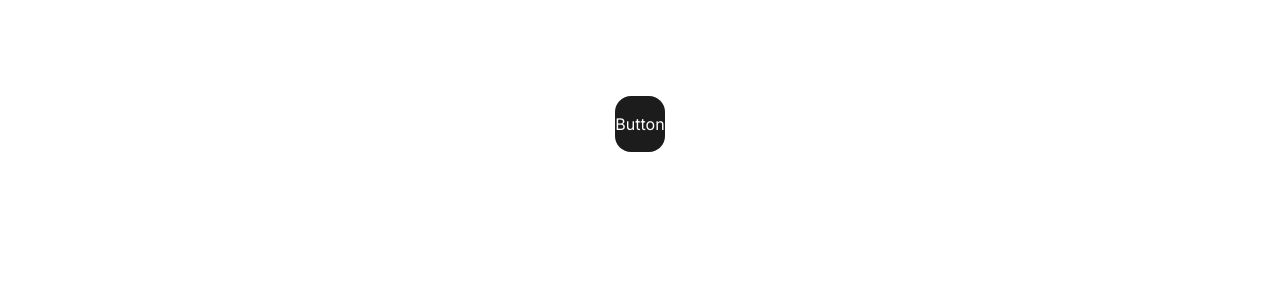
Repository: ggonzaga29/polarized-dashboard
Page: /
The author's editor kept a copy of each file at every save. The page is drawn from the files as they stood at one save, then again after the next save.
The browser window is 1280 px wide. The pictures show the whole page.
The project was rebuilt for these pictures with package versions that can differ from the ones it lists, and the page was loaded fresh each time. The framework's server and built-in components were replaced by stand-ins that run in the browser. Also part of the build but not shown: next.config.js.

Above is the page before, as saved 2023-08-03 12:36:13.

After the next save:
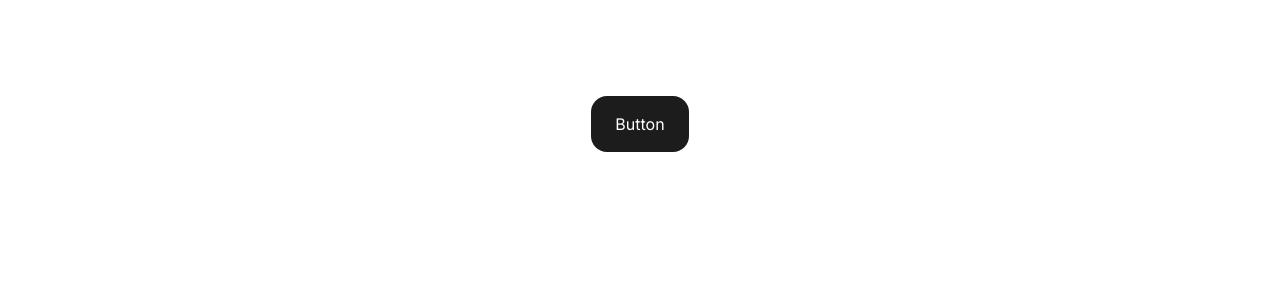
Saved 18 s later.
--- a/src/components/ui/button.jsx
+++ b/src/components/ui/button.jsx
@@ -1,7 +1,7 @@
 import React from "react";
 import { cva } from "class-variance-authority";
 
-const button = cva(["py-4", "x-6", "rounded-2xl"], {
+const button = cva(["py-4", "px-6", "rounded-2xl"], {
 	variants: {
 		intent:{
 			primary: ["bg-[#1C1C1C]", "text-white"],
